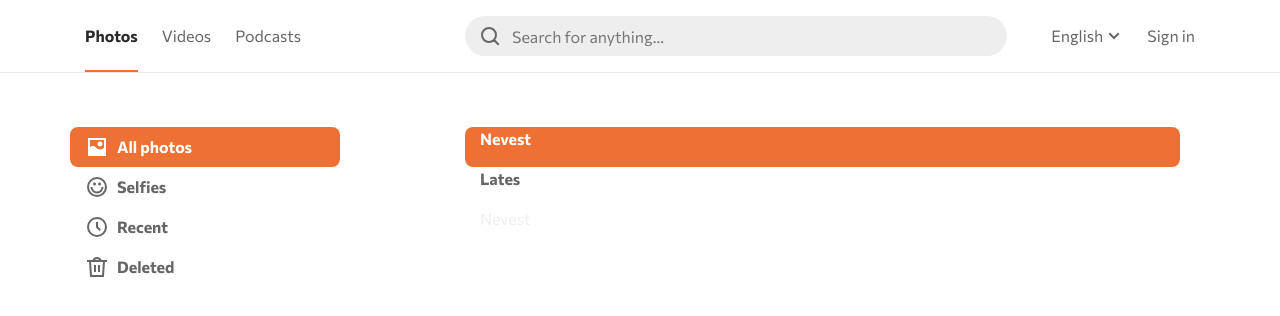
Repository: densavi/djinni
Page: index.html
An editor plug-in stored every save of this project. The page is shown before and after the next save, followed by the edit.
The browser window is 1280 px wide. The pictures show the whole page.
The style sheet was rebuilt from its Sass, Less or Tailwind sources for each picture, by a compiler version that may differ from the author's.

Above is the page before, as saved 2023-04-10 23:49:23.

### index.html
<!DOCTYPE html>
<html lang="en">
<head>
  <meta charset="UTF-8">
  <meta http-equiv="X-UA-Compatible" content="IE=edge">
  <meta name="viewport" content="width=device-width, initial-scale=1.0">
  <title>Photos</title>
  <link rel="stylesheet" href="https://cdn.jsdelivr.net/npm/bootstrap@4.6.2/dist/css/bootstrap.min.css" integrity="sha384-xOolHFLEh07PJGoPkLv1IbcEPTNtaed2xpHsD9ESMhqIYd0nLMwNLD69Npy4HI+N" crossorigin="anonymous">
  <link rel="stylesheet" href="css/style.css">
</head>
<body>

  <header class="header">
    <div class="container">
      <div class="row d-flex justify-content-between align-items-center">
        <div class="col-3">
          <button class="open-menu"><span></span></button>
          <nav class="header__nav">
            <ul class="nav">
              <li class="nav-item">
                <a class="nav-link active" aria-current="page" href="#">Photos</a>
              </li>
              <li class="nav-item">
                <a class="nav-link" href="#">Videos</a>
              </li>
              <li class="nav-item">
                <a class="nav-link" href="#">Podcasts</a>
              </li>
            </ul>
          </nav>
        </div>
        <div class="col-8 d-flex align-items-center justify-content-end">
          <label for="search" class="header__search">
            <img src="img/search.svg" alt="Search">
            <input type="search" placeholder="Search for anything...">
          </label>
          <div class="dropdown show">
            <a class="header__lang-link" href="#" role="button" id="dropdownMenuLink" data-toggle="dropdown" aria-haspopup="true" aria-expanded="false">
              English
              <svg width="12" height="8" viewBox="0 0 12 8" fill="none" xmlns="http://www.w3.org/2000/svg">
                <path d="M2 2L6 6L10 2" stroke="#666666" stroke-width="2" stroke-linecap="square"/>
              </svg>
            </a>

            <div class="dropdown-menu" aria-labelledby="dropdownMenuLink">
              <a class="dropdown-item" href="#">Ukraine</a>
              <a class="dropdown-item" href="#">Polish</a>
            </div>
          </div>
          <a href="#" class="header__sign-in">Sign in</a>
        </div>
      </div>
    </div>
  </header>


  <div class="wrapper">
    <div class="container">
      <div class="row d-flex justify-content-between">
        <div class="col-3 sidebar">
          <ul class="nav sidebar__tabs">
            <li class="sidebar__item">
              <a class="d-flex align-items-center sidebar__link active" data-toggle="tab" href="#all-photos">
                <svg width="24" height="24" viewBox="0 0 24 24" fill="none" xmlns="http://www.w3.org/2000/svg">
                  <path d="M15 6.5C13.6193 6.5 12.5 7.61929 12.5 9C12.5 10.3807 13.6193 11.5 15 11.5C16.3807 11.5 17.5 10.3807 17.5 9C17.5 7.61929 16.3807 6.5 15 6.5Z" fill="#666666"/>
                  <path fill-rule="evenodd" clip-rule="evenodd" d="M3 3H21V21H18.5266L18.4945 21.0002H5.5L5.46787 21H3V3ZM19 12.8362C17.8552 13.898 16.7044 14.4537 15 14.4537C13.0944 14.4537 11.6208 13.2859 10.1527 11.7048C9.15108 10.6262 7.51491 10.4335 6.29018 11.25L6.26758 11.2651L5 12.2134V5H19V12.8362Z" fill="#666666"/>
                </svg>
                All photos
              </a>
            </li>
            <li class="sidebar__item">
              <a class="d-flex align-items-center sidebar__link" data-toggle="tab" href="#selfies">
                <svg width="24" height="24" viewBox="0 0 24 24" fill="none" xmlns="http://www.w3.org/2000/svg">
                  <path d="M17.5 12C17.5 15.0376 15.0376 17.5 12 17.5C8.96243 17.5 6.5 15.0376 6.5 12M21 12C21 16.9706 16.9706 21 12 21C7.02944 21 3 16.9706 3 12C3 7.02944 7.02944 3 12 3C16.9706 3 21 7.02944 21 12Z" stroke="#666666" class="hover-fill" stroke-width="2"/>
                  <path d="M11 9C11 9.82843 10.3284 10.5 9.5 10.5C8.67157 10.5 8 9.82843 8 9C8 8.17157 8.67157 7.5 9.5 7.5C10.3284 7.5 11 8.17157 11 9Z" fill="#666666"/>
                  <path d="M16 9C16 9.82843 15.3284 10.5 14.5 10.5C13.6716 10.5 13 9.82843 13 9C13 8.17157 13.6716 7.5 14.5 7.5C15.3284 7.5 16 8.17157 16 9Z" fill="#666666"/>
                </svg>
                Selfies
              </a>
            </li>
            <li class="sidebar__item">
              <a class="d-flex align-items-center sidebar__link" data-toggle="tab" href="#recent">
                <svg width="24" height="24" viewBox="0 0 24 24" fill="none" xmlns="http://www.w3.org/2000/svg">
                  <path d="M12 8V12L14.5 14.5M21 12C21 16.9706 16.9706 21 12 21C7.02944 21 3 16.9706 3 12C3 7.02944 7.02944 3 12 3C16.9706 3 21 7.02944 21 12Z" stroke="#666666" stroke-width="2" stroke-linecap="square"/>
                </svg>
                Recent
              </a>
            </li>
            <li class="sidebar__item">
              <a class="d-flex align-items-center sidebar__link" data-toggle="tab" href="#deleted">
                <svg width="24" height="24" viewBox="0 0 24 24" fill="none" xmlns="http://www.w3.org/2000/svg">
                  <path d="M6 21L5.00221 21.0665L5.06445 22H6V21ZM18 21V22H18.9356L18.9978 21.0665L18 21ZM3 5H2V7H3V5ZM21 7H22V5H21V7ZM11 11V10H9V11H11ZM9 16V17H11V16H9ZM15 11V10H13V11H15ZM13 16V17H15V16H13ZM4.00221 6.06652L5.00221 21.0665L6.99779 20.9335L5.99779 5.93348L4.00221 6.06652ZM6 22H18V20H6V22ZM18.9978 21.0665L19.9978 6.06652L18.0022 5.93348L17.0022 20.9335L18.9978 21.0665ZM19 5H5V7H19V5ZM3 7H5V5H3V7ZM19 7H21V5H19V7ZM9 11V16H11V11H9ZM13 11V16H15V11H13ZM12 4C13.3965 4 14.5725 4.95512 14.9055 6.24926L16.8424 5.75074C16.2874 3.59442 14.3312 2 12 2V4ZM9.09445 6.24926C9.42754 4.95512 10.6035 4 12 4V2C9.66883 2 7.71258 3.59442 7.15758 5.75074L9.09445 6.24926Z" fill="#666666"/>
                </svg>
                Deleted
              </a>
            </li>
          </ul>
        </div>
        <div class="col-8">
          <div class="container-fluid">
            <div class="tab-content">
              <div role="tabpanel" class="tab-pane active" id="all-photos">


                <!--  -->
                <ul class="nav sidebar__tabs">
                  <li class="sidebar__item">
                    <a class="sidebar__link active" data-toggle="tab" href="#nevest">Nevest</a>
                  </li>
                  <li class="sidebar__item">
                    <a class="sidebar__link" data-toggle="tab" href="#lates">Lates</a>
                  </li>
                </ul>
                <!--  -->

                <div class="tab-content">
                  <div role="tabpanel" class="tab-pane active" id="nevest">
                    Nevest
                  </div>
                  <div role="tabpanel" class="tab-pane" id="lates">
                    lates
                  </div>

                </div>

              </div>

              <div role="tabpanel" class="tab-pane" id="selfies">
                <div class="alert alert-info">Selfies</div>
              </div>
              <div role="tabpanel" class="tab-pane" id="recent">
                <div class="alert alert-info">recent</div>
              </div>
              <div role="tabpanel" class="tab-pane" id="deleted">
                delete
              </div>

            </div>
          </div>
        </div>



      </div>
    </div>
  </div>

  <script src="https://code.jquery.com/jquery-3.6.4.min.js" integrity="sha256-oP6HI9z1XaZNBrJURtCoUT5SUnxFr8s3BzRl+cbzUq8=" crossorigin="anonymous"></script>
  <script src="https://cdn.jsdelivr.net/npm/bootstrap@4.6.2/dist/js/bootstrap.min.js" integrity="sha384-+sLIOodYLS7CIrQpBjl+C7nPvqq+FbNUBDunl/OZv93DB7Ln/533i8e/mZXLi/P+" crossorigin="anonymous"></script>
  <script src="js/main.js"></script>
</body>
</html>

### css/style.scss
@import url('https://fonts.googleapis.com/css2?family=Commissioner:wght@400;700&display=swap');

@import 'vars';
@import 'typo';

@import 'components/header';
@import 'components/mobile-menu';
@import 'components/sidebar';

### css/_vars.scss
$darkBlack: #292929;
$grey: #666666;
$lightGrey: #EEEEEE;

$orange: #ED7135;

$mainFont: 'Commissioner', sans-serif;

$tablet: 992px;
$mobile: 768px;

### css/_typo.scss
body {
  font: 16px/24px $mainFont;
  color: $lightGrey;
}

a {
  color: $mainFont;
  text-decoration: underline;
  &:hover {
    text-decoration: none;
  }
}


.wrapper {
  padding-top: 54px;
}

### css/components/_header.scss
.header {
  border-bottom: 1px solid #EBEBEB;
  padding: 16px 0;
  &__search {
    background: $lightGrey;
    padding: 0 0 0 16px;
    display: flex;
    align-items: center;
    border-radius: 100px;
    margin: 0;
    width: 546px;
    flex: 1;
    @media (max-width: $mobile) {
      display: none;
    }
    img {
      display: flex;
    }
    input[type="search"] {
      height: 40px;
      border: 0;
      background: transparent;
      outline: none;
      width: 100%;
      padding: 0 12px;
    }
  }
  &__sign-in {
    text-decoration: none;
    color: $grey;
    transition: color .3s ease;
    margin-left: 27px;
    @media (max-width: $tablet) {
      margin-left: 15px;
    }
    &:hover {
      color: $orange;
    }
  }
  &__lang-link {
    color: $grey;
    text-decoration: none;
    transition: color .3s ease;
    svg {
      margin-left: 2px;
      transform: translateY(-2px);
      path {
        transition: transform .3s ease;
      }
    }
    &:hover {
      color: $orange;
      svg {
        path {
          stroke: $orange;
        }
      }
    }
  }
  .dropdown-item {
    text-decoration: none;
  }
  .dropdown {
    margin-left: 44px;
    @media (max-width: $tablet) {
      margin-left: 20px;
    }
    @media (max-width: $mobile) {
      display: none;
    }
  }
  &__nav {
    @media (max-width: $mobile) {
      display: none;
    }
    .nav-item {
      &:not(:last-child) {
        margin-right: 24px;
        @media (max-width: $tablet) {
          margin-right: 13px;
        }
      }
    }
    .nav-link {
      padding: 0;
      text-decoration: none;
      color: $grey;
      position: relative;
      &:before {
        content: '';
        position: absolute;
        bottom: -24px;
        width: 0;
        height: 2px;
        background: $orange;
        left: 0;
        transition: all .3s ease;
      }
      &.active {
        font-weight: 700;
        color: $darkBlack;
      }
      &:hover,
      &.active {
        &:before {
          width: 100%;
        }
      }
    }
  }
}

### css/components/_mobile-menu.scss
.open-menu {
  width: 30px;
  height: 20px;
  border: 0;
  position: relative;
  background: transparent;
  display: none;
  cursor: pointer;
  @media (max-width: $mobile) {
    display: block;
  }
  span,
  &:before,
  &:after {
    content: '';
    position: absolute;
    left: 0;
    height: 4px;
    background: $grey;
    width: 100%;
    top: 50%;
    margin-top: -2px;
    transition: all .5s ease;
    border-radius: 4px;
  }
  &:before {
    top: 0;
    margin: 0;
  }
  &:after {
    top: auto;
    margin: 0;
    bottom: 0;
  }
  &.active {
    span {
      opacity: 0;
    }
    &:before {
      transform: rotate(50deg);
      top: 50%;
    }
    &:after {
      transform: rotate(-50deg);
      top: 50%;
    }
  }
}

### css/components/_sidebar.scss
.sidebar {
  &__item {
    margin-left: -15px;
    width: calc(100% + 15px);
  }
  &__link {
    height: 40px;
    border-radius: 8px;
    padding: 0 15px;
    color: $grey;
    text-decoration: none;
    font-weight: 700;
    display: flex;
    svg {
      margin-right: 8px;
    }
    &.active,
    &:hover {
      background: $orange;
      color: #fff;
      svg {
        path {
          fill: #fff;
        }
        .hover-fill {
          fill: #ED7135 !important;
          stroke: #fff;
        }
      }
    }
    &.active:hover {
      color: #fff;
    }
  }
}

Loaded but not shown: js/main.js (no stored copy; drawn as an empty file)

After the next save:
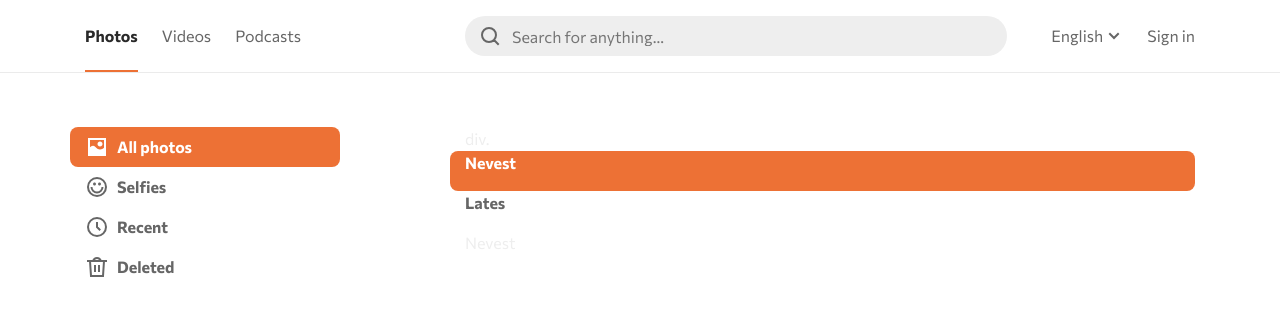
Saved 53 s later.
--- a/index.html
+++ b/index.html
@@ -97,12 +97,12 @@
           </ul>
         </div>
         <div class="col-8">
-          <div class="container-fluid">
             <div class="tab-content">
               <div role="tabpanel" class="tab-pane active" id="all-photos">
 
 
                 <!--  -->
+                div.
                 <ul class="nav sidebar__tabs">
                   <li class="sidebar__item">
                     <a class="sidebar__link active" data-toggle="tab" href="#nevest">Nevest</a>
@@ -136,7 +136,6 @@
               </div>
 
             </div>
-          </div>
         </div>
 
 
